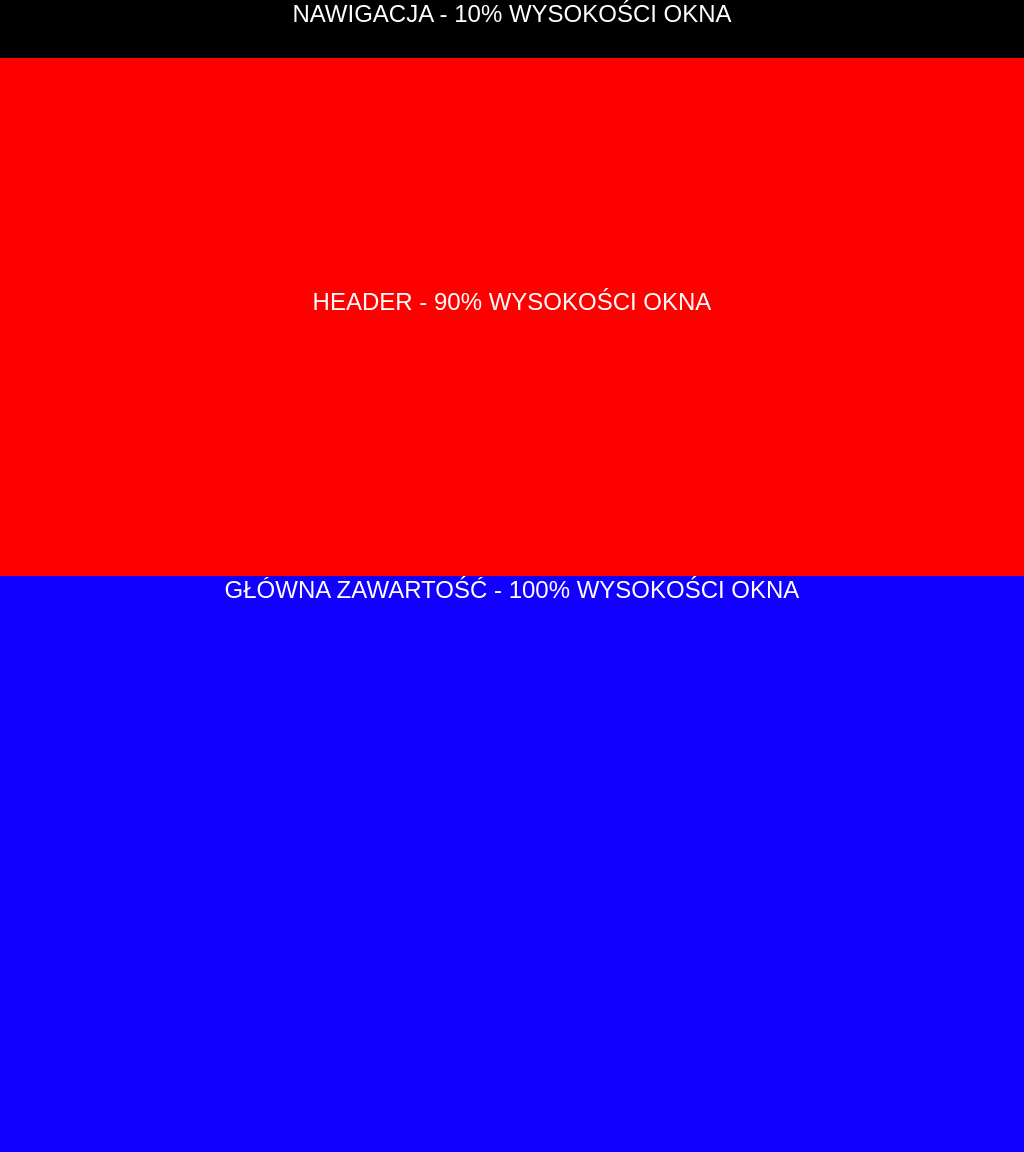
Repository: jasonj2333/advance_CSS
Page: 01-Header, Nav/start.html
The author's editor kept a copy of each file at every save. The page is drawn from the files as they stood at one save, then again after the next save.
The browser window is 1280 px wide. The pictures show the whole page, at 80% of full size.

Above is the page before, as saved 2019-04-23 18:48:57.

### 01-Header, Nav/start.html
<!DOCTYPE html>
<html lang="pl">

<head>
    <meta charset="UTF-8">
    <title>Najeżdzanie na header, nav przypięty</title>
    <style>
        * {
            margin: 0;
            padding: 0;
            box-sizing: border-box;
        }

        html {
            text-align: center;
            color: white;
            font-size: 30px;
            text-transform: uppercase;
            font-family: arial;

        }

        nav {
            background-color: #000;
            height: 10vh;
            width: 100%;
            position: fixed;
        }

        header {
            background-color: rgb(255, 0, 0);
            padding-top: 50vh;
            height: 100vh;
            width: 100%;
        }

        main {
            height: 100vh;
            background-color: rgb(17, 0, 255);
        }
    </style>
</head>

<body>
    <nav>
        Nawigacja - 10% wysokości okna
    </nav>
    <header>
        Header - 90% wysokości okna
    </header>
    <main>
        Główna zawartość - 100% wysokości okna
    </main>
</body>

</html>

After the next save:
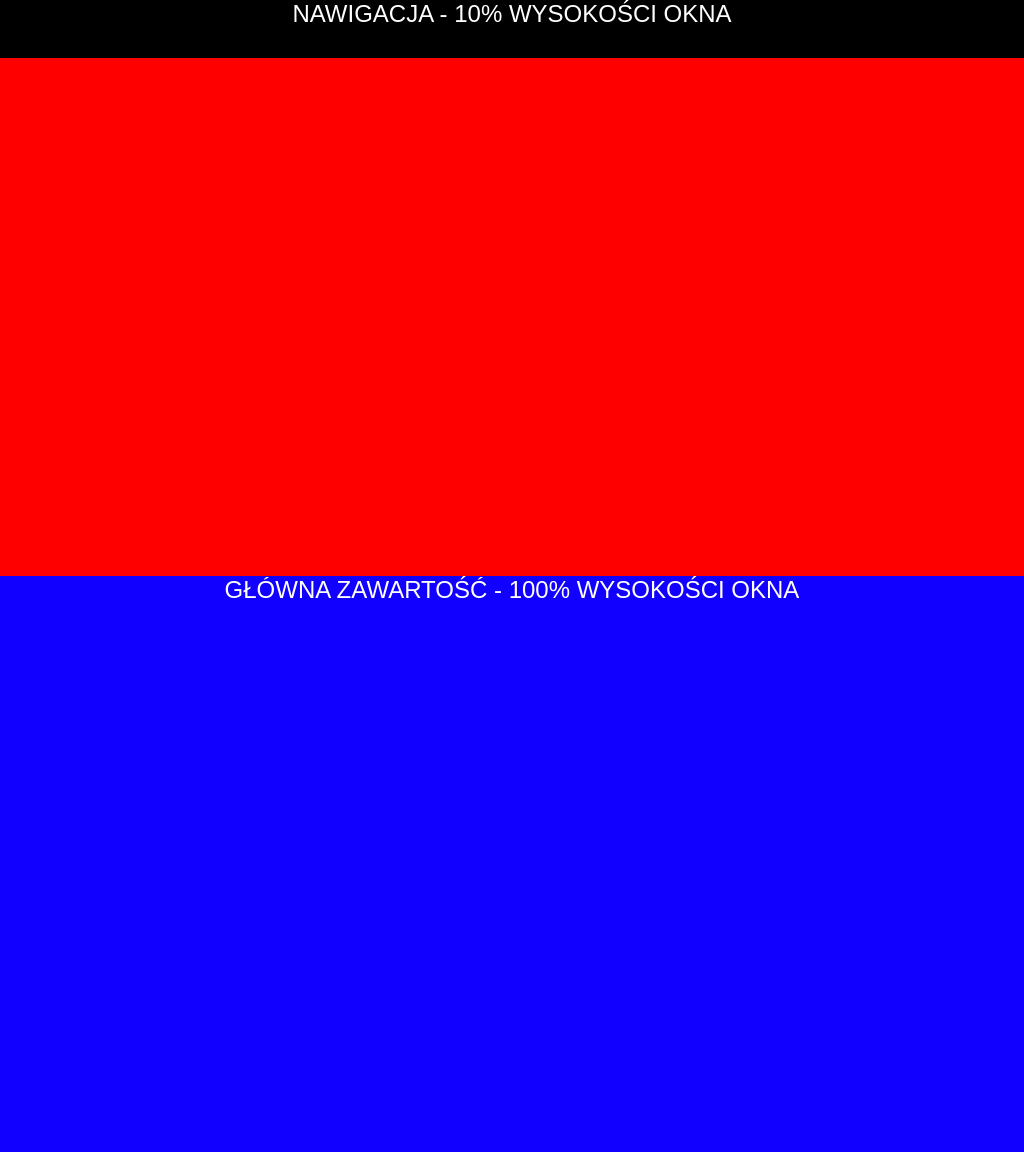
Saved 20 s later.
--- a/01-Header, Nav/start.html
+++ b/01-Header, Nav/start.html
@@ -29,7 +29,6 @@
 
         header {
             background-color: rgb(255, 0, 0);
-            padding-top: 50vh;
             height: 100vh;
             width: 100%;
         }
